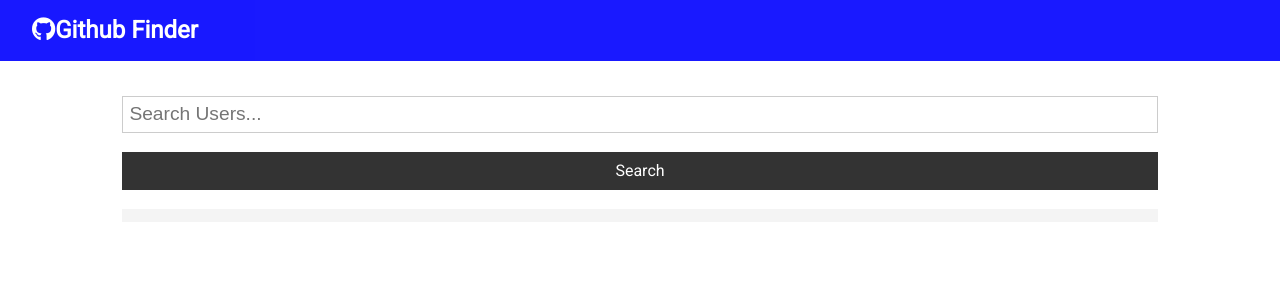
Repository: messimacky/github-finder
Page: /
An editor plug-in stored every save of this project. The page is shown before and after the next save, followed by the edit.
The browser window is 1280 px wide. The pictures show the whole page.
Some web libraries are served in a nearby version. The project was rebuilt for these pictures with package versions that can differ from the ones it lists, and the page was loaded fresh each time. Also part of the build but not shown: src/users/UserItem.js, src/components/layout/Spinner.js.

Above is the page before, as saved 2022-02-23 15:05:01.

After the next save:
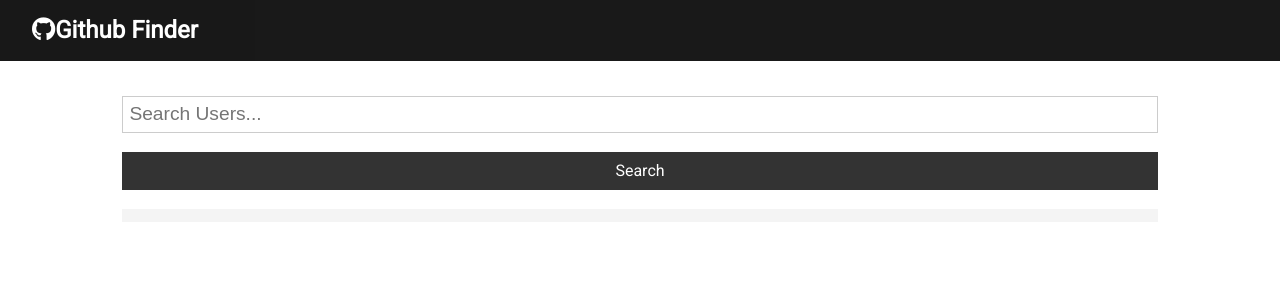
Saved 70 s later.
--- a/src/App.css
+++ b/src/App.css
@@ -2,7 +2,7 @@
 
 /* Global Styles */
 :root {
-  --primary-color: blue;
+  --primary-color: black;
   --dark-color: #333333;
   --light-color: #f4f4f4;
   --danger-color: #dc3545;
